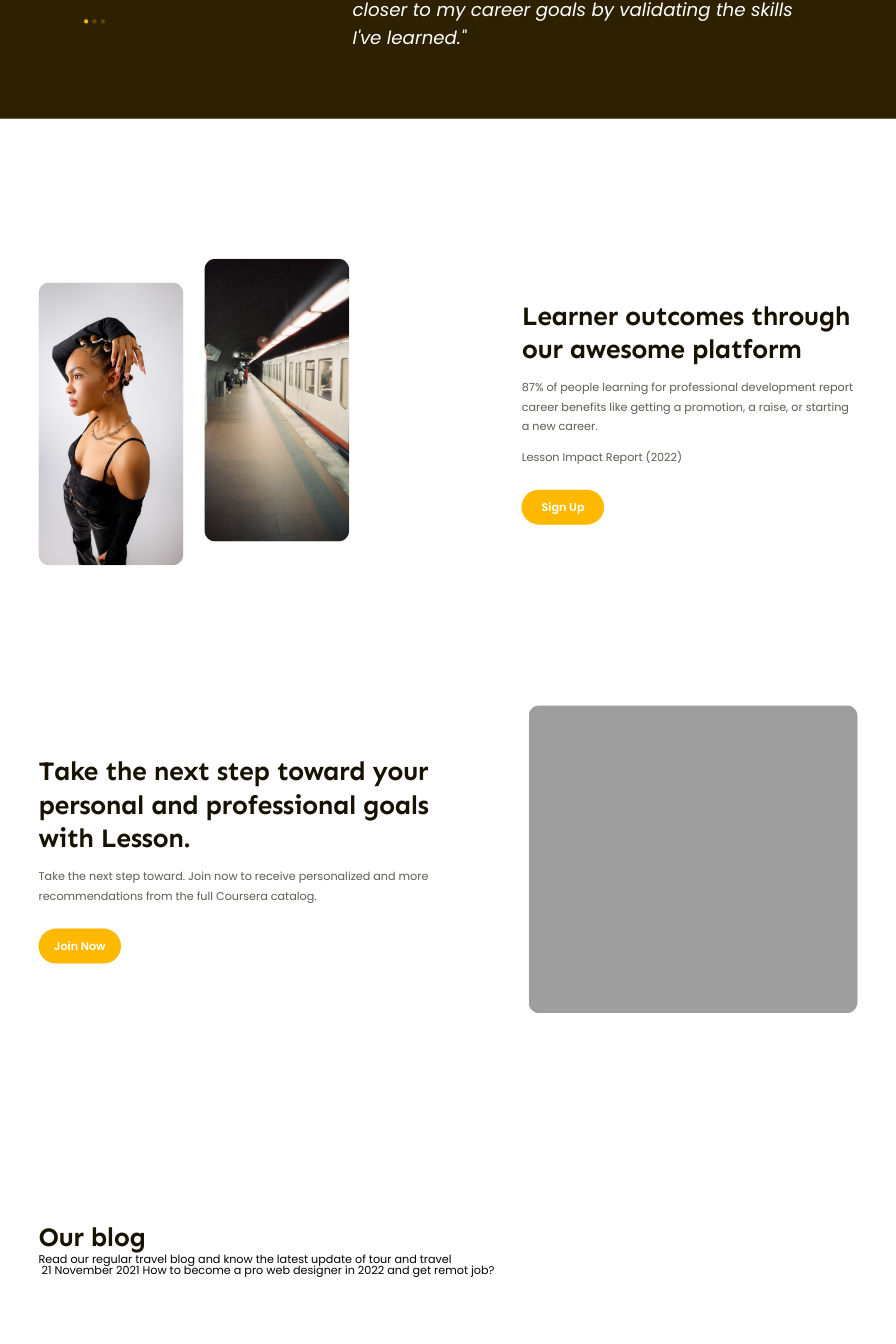
Repository: nguyenkhai1311/project-02
Page: index.html
The author's editor kept a copy of each file at every save. The page is drawn from the files as they stood at one save, then again after a run of saves.
The browser window is 1280 px wide. The pictures show the part of the page from y = 2201 to 4121 px (the page is 4121 px tall), at 70% of full size.
Pictures or frames that could not be fetched are drawn as grey boxes.

Above is the page before, as saved 2023-04-01 16:44:49.

### index.html
<!DOCTYPE html>
<html lang="en">
    <head>
        <meta charset="UTF-8" />
        <meta http-equiv="X-UA-Compatible" content="IE=edge" />
        <meta name="viewport" content="width=device-width, initial-scale=1.0" />
        <title>Project-02</title>

        <!-- Reset Css -->
        <link rel="stylesheet" href="./assets/css/reset.css" />

        <!-- Embed Fonts -->
        <link rel="preconnect" href="https://fonts.googleapis.com" />
        <link rel="preconnect" href="https://fonts.gstatic.com" crossorigin />
        <link
            href="https://fonts.googleapis.com/css2?family=Poppins:ital,wght@0,400;0,500;0,600;1,400&family=Sen:wght@700&display=swap"
            rel="stylesheet"
        />
        <!-- Style Css -->
        <link rel="stylesheet" href="./assets/css/style.css" />
    </head>
    <body>
        <!-- Header -->
        <div>
            <header class="header fixed">
                <div class="main-content">
                    <div class="navbar">
                        <!-- Logo -->
                        <img
                            src="./assets/img/Logo.svg"
                            alt="Lesson."
                            class="logo"
                        />

                        <!-- Navigation -->
                        <nav class="nav">
                            <ul>
                                <li class="active">
                                    <a href="#!">Home</a>
                                </li>
                                <li>
                                    <a href="#!">Courses</a>
                                </li>
                                <li>
                                    <a href="#!">Pricing</a>
                                </li>
                                <li>
                                    <a href="#!">Reviews</a>
                                </li>
                            </ul>
                        </nav>

                        <!-- Action -->
                        <div class="action">
                            <a href="#!" class="btn action-link">Sign Up</a>
                        </div>
                    </div>
                </div>
            </header>

            <main>
                <!-- Hero -->
                <div class="hero">
                    <div class="main-content">
                        <div class="body">
                            <div class="media-block">
                                <img
                                    src="./assets/img/hero-img.jpg"
                                    alt="Learn without limits and spread knowledge."
                                    class="hero-img"
                                />
                                <div class="hero-summary">
                                    <div class="item">
                                        <div class="icon">
                                            <img
                                                src="./assets/icon/list.svg"
                                                alt=""
                                            />
                                        </div>
                                        <div class="info">
                                            <p class="label">20 Courses</p>
                                            <div class="title">
                                                UI/UX Design
                                            </div>
                                        </div>
                                    </div>
                                    <div class="item">
                                        <div class="icon">
                                            <img
                                                src="./assets/icon/code.svg"
                                                alt=""
                                            />
                                        </div>
                                        <div class="info">
                                            <p class="label">20 Courses</p>
                                            <div class="title">Development</div>
                                        </div>
                                    </div>
                                    <div class="item">
                                        <div class="icon">
                                            <img
                                                src="./assets/icon/speaker.svg"
                                                alt=""
                                            />
                                        </div>
                                        <div class="info">
                                            <p class="label">30 Courses</p>
                                            <div class="title">Marketing</div>
                                        </div>
                                    </div>
                                </div>
                            </div>

                            <div class="content-block">
                                <h1 class="heading lv1">
                                    Learn without limits and spread knowledge.
                                </h1>
                                <p class="desc">
                                    Build new skills for that “this is my year”
                                    feeling with courses, certificates, and
                                    degrees from world-class universities and
                                    companies.
                                </p>
                                <div class="cta-group">
                                    <a href="#!" class="btn hero-cta"
                                        >See Courses</a
                                    >
                                    <button class="watch-video">
                                        <div class="icon">
                                            <img
                                                src="./assets/icon/play.svg"
                                                alt=""
                                            />
                                        </div>
                                        <span>Watch Video</span>
                                    </button>
                                </div>
                                <p class="desc">Recent engagement</p>
                                <p class="desc stats">
                                    <strong>50K</strong> Students
                                    <strong>70+</strong> Courses
                                </p>
                            </div>
                        </div>
                    </div>
                </div>

                <!-- Popular -->
                <div class="popular">
                    <div class="main-content">
                        <div class="popular-top">
                            <div class="title">
                                <h2 class="heading lv2">Our popular courses</h2>
                                <p class="desc">
                                    Build new skills with new trendy courses and
                                    shine for the next future career.
                                </p>
                            </div>
                            <div class="controls">
                                <button class="control-btn">
                                    <svg
                                        width="8"
                                        height="14"
                                        viewBox="0 0 8 14"
                                        fill="none"
                                        xmlns="http://www.w3.org/2000/svg"
                                    >
                                        <path
                                            d="M7 1L1 7L7 13"
                                            stroke="currentColor"
                                            stroke-linecap="round"
                                            stroke-linejoin="round"
                                        />
                                    </svg>
                                </button>
                                <button class="control-btn">
                                    <svg
                                        width="8"
                                        height="14"
                                        viewBox="0 0 8 14"
                                        fill="none"
                                        xmlns="http://www.w3.org/2000/svg"
                                    >
                                        <path
                                            d="M1 1L7 7L1 13"
                                            stroke="currentColor"
                                            stroke-linecap="round"
                                            stroke-linejoin="round"
                                        />
                                    </svg>
                                </button>
                            </div>
                        </div>
                        <div class="course-list">
                            <div class="course-item">
                                <a href="#!">
                                    <img
                                        src="./assets/img/course-1.jpg"
                                        alt="Basic web design"
                                        class="thumb"
                                    />
                                </a>
                                <div class="info">
                                    <div class="head">
                                        <h3 class="title">
                                            <a href="#!" class="line-clamp">
                                                Basic web design
                                            </a>
                                        </h3>
                                        <div class="rating">
                                            <img
                                                src="./assets/icon/star.svg"
                                                alt=""
                                                class="star"
                                            />
                                            <span class="value">4.5</span>
                                        </div>
                                    </div>
                                    <p class="desc line-clamp line-2 break-all">
                                        Get the best course, gain knowledge and
                                        shine for your future career.
                                    </p>
                                    <div class="foot">
                                        <p class="price">$120.75</p>
                                        <a class="btn book-btn" href="#!"
                                            >Book Now</a
                                        >
                                    </div>
                                </div>
                            </div>
                            <div class="course-item">
                                <a href="#!">
                                    <img
                                        src="./assets/img/course-2.jpg"
                                        alt="UI/UX design"
                                        class="thumb"
                                    />
                                </a>
                                <div class="info">
                                    <div class="head">
                                        <h3 class="title">
                                            <a href="#!" class="line-clamp">
                                                UI/UX design
                                            </a>
                                        </h3>
                                        <div class="rating">
                                            <img
                                                src="./assets/icon/star.svg"
                                                alt=""
                                            />
                                            <span class="value">4.5</span>
                                        </div>
                                    </div>
                                    <p class="desc line-clamp line-2 break-all">
                                        Get the best course, gain knowledge and
                                        shine for your future career.
                                    </p>
                                    <div class="foot">
                                        <p class="price">$120.75</p>
                                        <a class="btn book-btn" href="#!"
                                            >Book Now</a
                                        >
                                    </div>
                                </div>
                            </div>
                            <div class="course-item">
                                <a href="#!">
                                    <img
                                        src="./assets/img/course-3.jpg"
                                        alt="Web App design"
                                        class="thumb"
                                    />
                                </a>
                                <div class="info">
                                    <div class="head">
                                        <p class="title">
                                            <a href="#!" class="line-clamp">
                                                Web App design
                                            </a>
                                        </p>
                                        <div class="rating">
                                            <img
                                                src="./assets/icon/star.svg"
                                                alt=""
                                            />
                                            <span class="value">4.5</span>
                                        </div>
                                    </div>
                                    <p class="desc line-clamp line-2 break-all">
                                        Get the best course, gain knowledge and
                                        shine for your future career.
                                    </p>
                                    <div class="foot">
                                        <p class="price">$120.75</p>
                                        <a class="btn book-btn" href="#!"
                                            >Book Now</a
                                        >
                                    </div>
                                </div>
                            </div>
                        </div>
                    </div>
                </div>

                <!-- Feedback -->
                <div class="feedback">
                    <div class="main-content">
                        <div class="feedback-list">
                            <div class="feedback-item">
                                <div class="info">
                                    <img
                                        src="./assets/img/feedback-avatar.jpg"
                                        alt="Peter Moor"
                                        class="avatar"
                                    />
                                    <p class="title">Peter Moor</p>
                                    <p class="desc">Student of Web Design</p>
                                    <div class="dots">
                                        <span class="dot active"></span>
                                        <span class="dot"></span>
                                        <span class="dot"></span>
                                    </div>
                                </div>
                                <div class="content">
                                    <img
                                        src="./assets/icon/open-quotes.svg"
                                        alt=""
                                        class="open-quotes"
                                    />
                                    <blockquote>
                                        Not only does my resume look
                                        impressive—filled with the names and
                                        logos of world-class institutions—but
                                        these certificates also bring me closer
                                        to my career goals by validating the
                                        skills I've learned."
                                    </blockquote>
                                </div>
                            </div>
                        </div>
                    </div>
                </div>

                <!-- Features 1 -->
                <div class="features">
                    <div class="main-content">
                        <div class="body">
                            <div class="images">
                                <img
                                    src="./assets/img/features-1.jpg"
                                    alt=""
                                    class="lower"
                                />
                                <img src="./assets/img/features-2.jpg" alt="" />
                            </div>
                            <div class="content">
                                <h2 class="heading lv2">
                                    Learner outcomes through our awesome
                                    platform
                                </h2>
                                <p class="desc">
                                    87% of people learning for professional
                                    development report career benefits like
                                    getting a promotion, a raise, or starting a
                                    new career.
                                </p>
                                <p class="desc">Lesson Impact Report (2022)</p>
                                <a href="" class="btn cta-btn">Sign Up</a>
                            </div>
                        </div>
                    </div>
                </div>

                <!-- Features 2 -->
                <div class="features features-2nd">
                    <div class="main-content">
                        <div class="body">
                            <div class="images">
                                <img src="./assets/img/features-3.jpg" alt="" />
                            </div>
                            <div class="content">
                                <h2 class="heading lv2">
                                    Take the next step toward your personal and
                                    professional goals with Lesson.
                                </h2>
                                <p class="desc">
                                    Take the next step toward. Join now to
                                    receive personalized and more
                                    recommendations from the full Coursera
                                    catalog.
                                </p>
                                <a href="" class="btn cta-btn">Join Now</a>
                            </div>
                        </div>
                    </div>
                </div>

                <!-- Blog -->
                <div class="blog">
                    <div class="main-content">
                        <div class="blog-top">
                            <h2 class="heading lv2">Our blog</h2>
                            <p class="desc">
                                Read our regular travel blog and know the latest
                                update of tour and travel
                            </p>
                        </div>
                        <div class="blog-list">
                            <div class="item">
                                <img src="" alt="" class="thumb">
                                <span class="date">21 November 2021</span>
                                <h3 class="title">How to become a pro web designer in 2022 and get remot job?</h3>
                                <a href="" class="btn"></a>
                            </div>
                        </div>
                    </div>
                </div>
            </main>
        </div>
    </body>
</html>

Loaded but not shown: assets/css/reset.css (common file); assets/css/style.css (570 lines, source omitted)

After the next 4 saves:
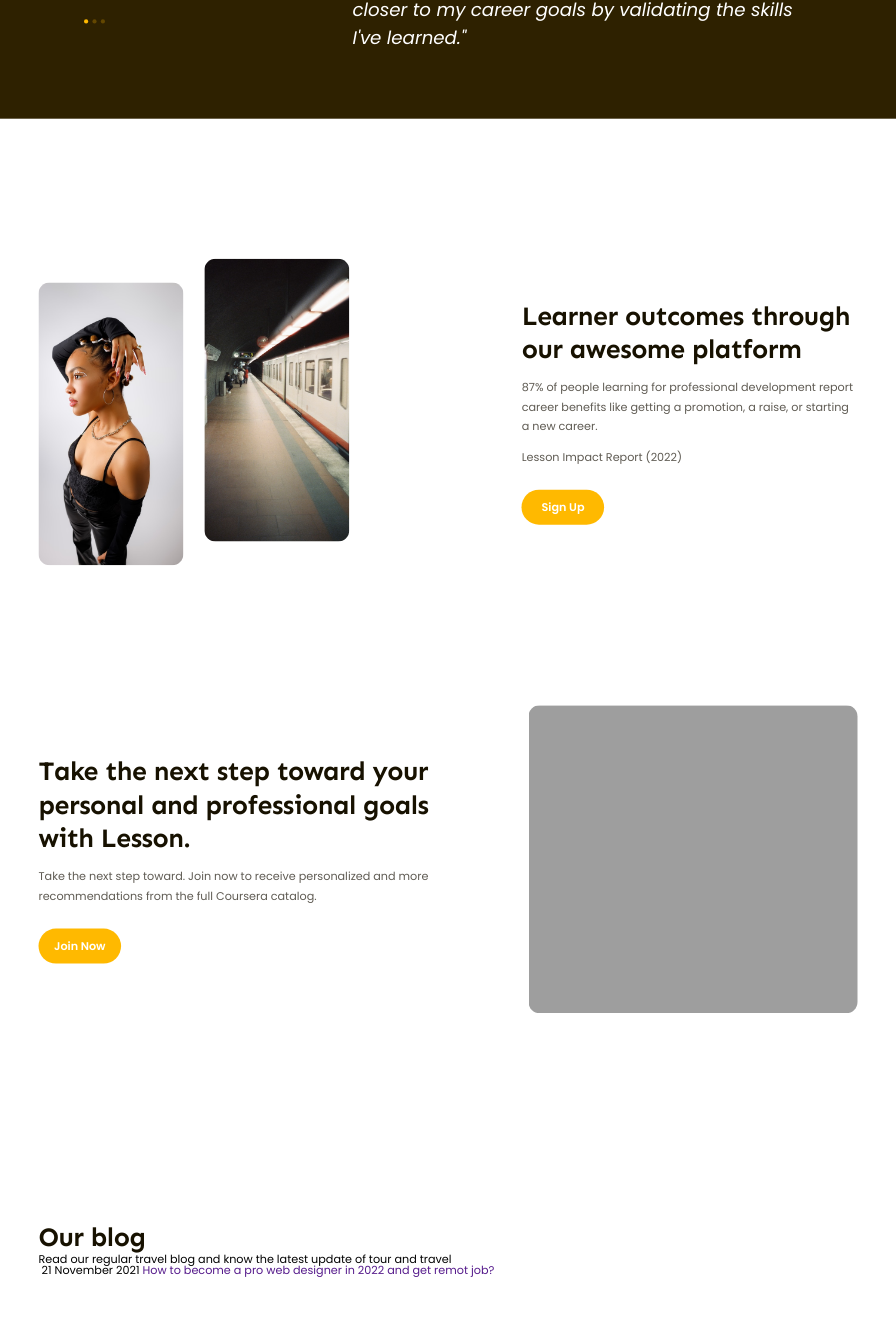
The 4 saves are shown as one change because they came seconds apart.
The last was saved 22 s later.
--- a/index.html
+++ b/index.html
@@ -409,7 +409,7 @@
                             <div class="item">
                                 <img src="" alt="" class="thumb">
                                 <span class="date">21 November 2021</span>
-                                <h3 class="title">How to become a pro web designer in 2022 and get remot job?</h3>
+                                <h3 class="title"><a href="">How to become a pro web designer in 2022 and get remot job?<a ></h3>
                                 <a href="" class="btn"></a>
                             </div>
                         </div>
